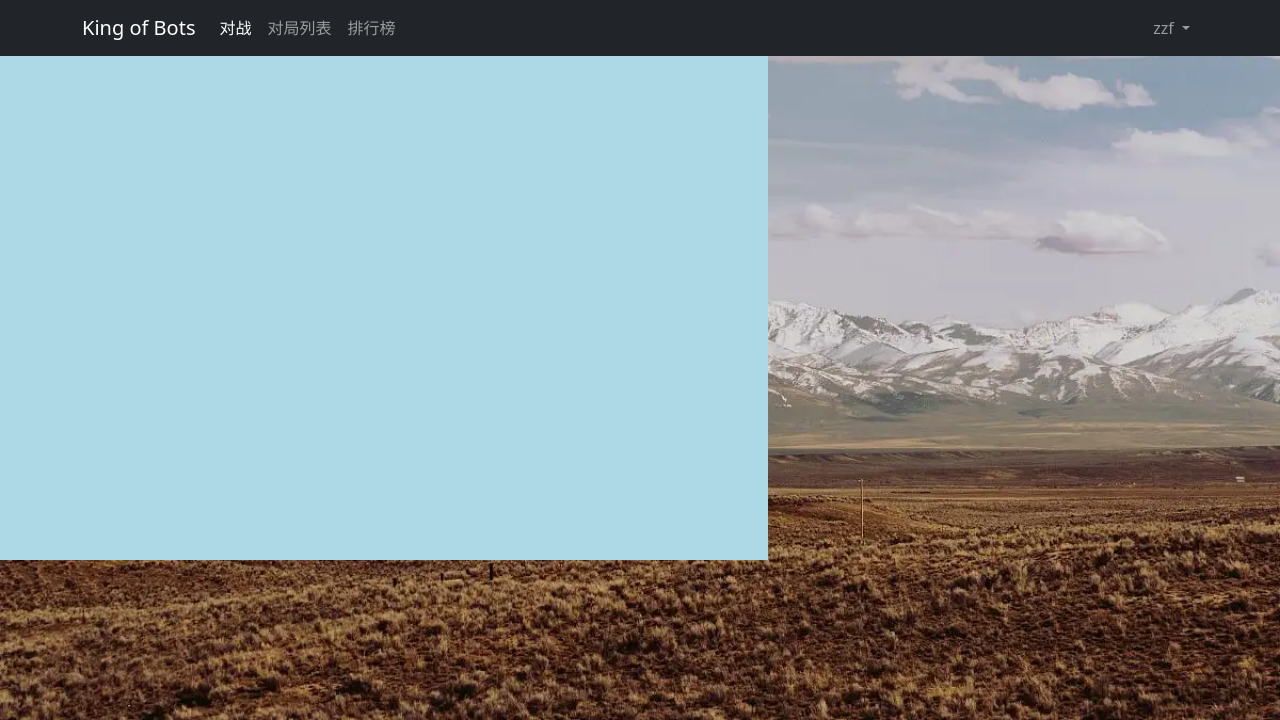
Repository: Chasingwind-Z/Kob
Page: / (app in web/)
The author's editor kept a copy of each file at every save. The page is drawn from the files as they stood at one save, then again after the next save.
The browser window is 1280 px wide. The pictures show the whole page.
The project was rebuilt for these pictures with package versions that can differ from the ones it lists, and the page was loaded fresh each time. Also part of the build but not shown: web/vue.config.js, web/src/components/ContentField.vue, web/src/views/record/RecordIndexView.vue, web/src/views/ranklist/RanklistIndexView.vue, web/src/views/user/bot/UserBotIndexView.vue, web/src/views/error/NotFound.vue.

Above is the page before, as saved 2023-02-09 21:39:46.

After the next save:
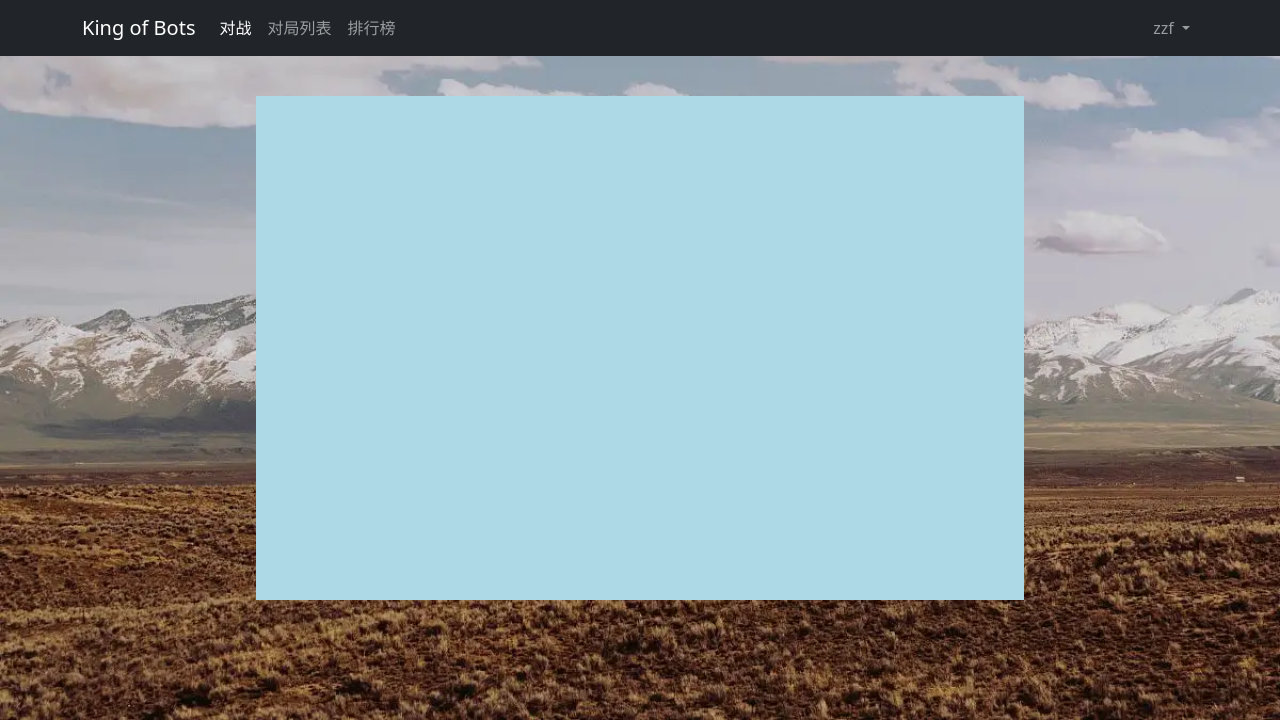
Saved 22 s later.
--- a/web/src/components/PlayGround.vue
+++ b/web/src/components/PlayGround.vue
@@ -9,5 +9,6 @@ div.playground {
   width: 60vw;
   height: 70vh;
   background: lightblue;
+  margin: 40px auto;
 }
 </style>
